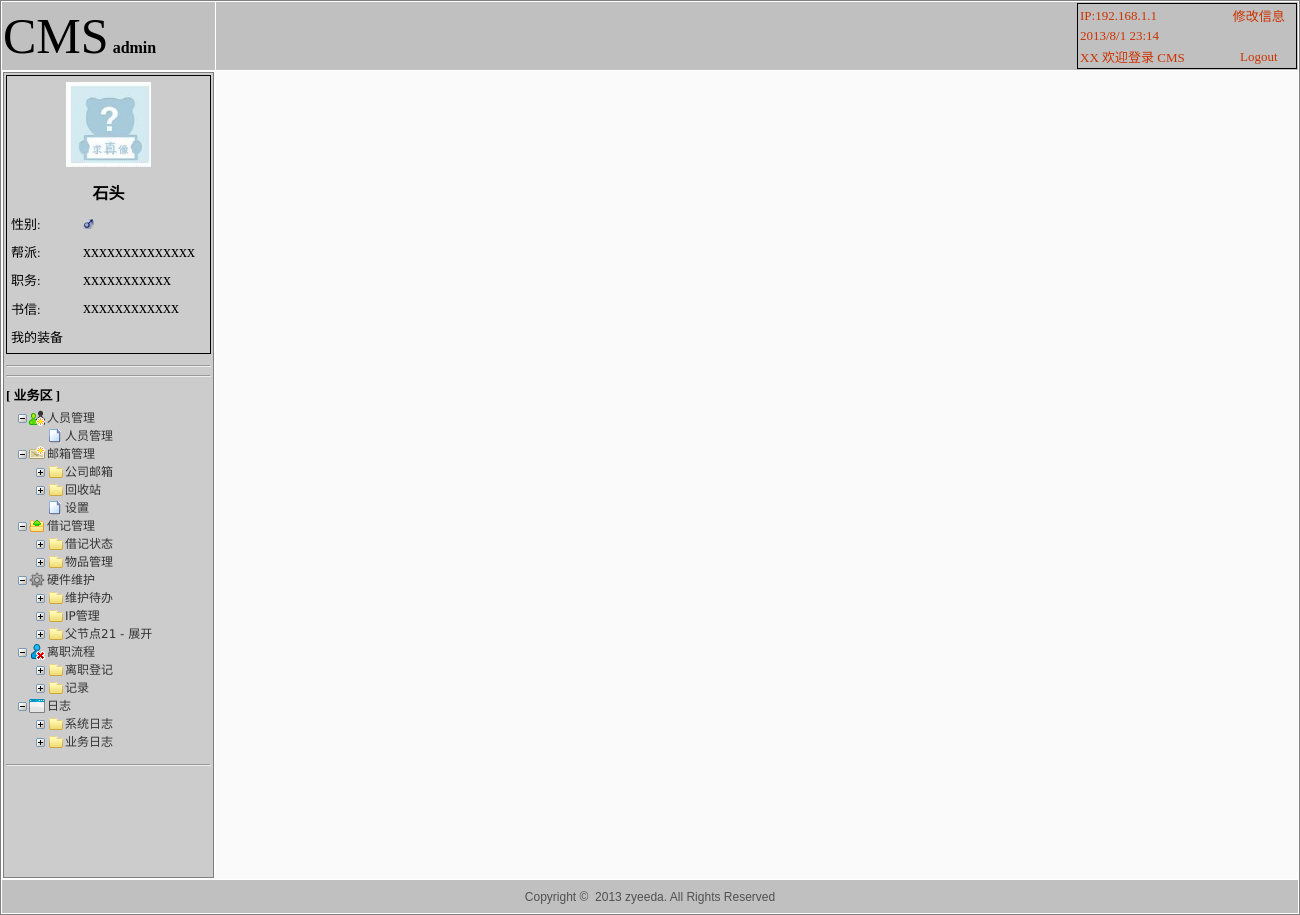
Repository: 728064001/MyProject
Page: http://localhost/CMS/admin.jsp
An editor plug-in stored every save of this project. The page is shown before and after the next save, followed by the edit.
The browser window is 1280 px wide. The page is 1300 px wide, so the pictures cover 1300 px, including what lies to the right of the window. The pictures show the whole page.
The page is served by Tomcat 9. Other server files are loaded and not shown.

Above is the page before, as saved 2013-08-02 07:29:44.

### cms-server-code/CMS/WebRoot/admin.jsp
<%@ page language="java" import="java.util.*" pageEncoding="UTF-8"%>
<%
String path = request.getContextPath();
String basePath = request.getScheme()+"://"+request.getServerName()+":"+request.getServerPort()+path+"/";
%>

<!DOCTYPE HTML PUBLIC "-//W3C//DTD HTML 4.01 Transitional//EN">
<html>
  <head>
    <base href="<%=basePath%>">

    <title>cms admin</title>

	<meta http-equiv="pragma" content="no-cache">
	<meta http-equiv="cache-control" content="no-cache">
	<meta http-equiv="expires" content="0">
	<meta http-equiv="keywords" content="keyword1,keyword2,keyword3">
	<meta http-equiv="description" content="This is my page">
	<!--
	<link rel="stylesheet" type="text/css" href="styles.css">
	-->
	<link rel="stylesheet" href="css/zTreeStyle/zTreeStyle.css" />
	<link rel="stylesheet" href="css/admin.css" />
	<script type="text/javascript" src="js/jquery-1.10.1.js"></script>
	<script type="text/javascript" src="js/jquery.ztree.core-3.5.js"></script>
	<script type="text/javascript" src="js/jquery.ztree.excheck-3.5.js"></script>
	<script type="text/javascript" src="js/jquery.ztree.exedit-3.5.js"></script>
	<script type="text/javascript" src="js/admin.js"></script>
</head>

<body>
<table align="center" cellspacing="1" class="admin-main-tab-style" style="width: 1300px; height: 900px">
	<tr bgcolor="#C0C0C0">
		<td class="admin-main-tab-td-style" style="height: 17px; width: 211px">
		<span class="admin-main-tab-td-logo-style">CMS</span> <span class="admin-main-tab-td-admins-style"><strong>admin</strong></span></td>
		<td class="admin-child-tab-td-null-style" style="height: 17px">
		<table cellspacing="1" class="admin-child-tab-style" style="width: 220px; height: 100%">
			<tr>
				<td>IP:192.168.1.1</td>
				<td class="admin-child-tab-td-welcome-style">修改信息</td>
			</tr>
			<tr>
				<td>2013/8/1 23:14</td>
				<td>&nbsp;</td>
			</tr>
			<tr>
				<td>XX 欢迎登录 CMS</td>
				<td class="admin-child-tab-td-welcome-style">Logout</td>
			</tr>
		</table>
		</td>
	</tr>
	<tr>
		<td style="width: 211px; height: 808px;" align="left" valign="top">
		<table cellspacing="1" class="style8" style="width: 100%; height: 100%">
			<tr>
				<td align="left" style="height: 281px" valign="top">
				<table cellspacing="1" class="style9" style="width: 100%; height: 100%">
					<tr>
						<td class="admin-child-tab-td-welcome-style" style="height: 95px">
						<img src="image/userimage.jpg" height="85" width="85" /></td>
					</tr>
					<tr>
						<td align="left" valign="top">
						<table cellspacing="1" style="width: 100%; height: 100%">
							<tr>
								<td class="admin-child-tab-td-welcome-style" colspan="2"><strong>石头</strong></td>
							</tr>
							<tr>
								<td class="admin-main-tab-style0" style="width: 69px">性别:</td>
								<td>
								<img alt="" height="11" src="image/male.gif" width="11" /></td>
							</tr>
							<tr>
								<td class="admin-main-tab-style0" style="width: 69px">帮派:</td>
								<td>xxxxxxxxxxxxxx</td>
							</tr>
							<tr>
								<td class="admin-main-tab-style0" style="width: 69px">职务:</td>
								<td>xxxxxxxxxxx</td>
							</tr>
							<tr>
								<td class="admin-main-tab-style0" style="width: 69px">书信:</td>
								<td>xxxxxxxxxxxx</td>
							</tr>
							<tr>
								<td class="admin-main-tab-style0" style="width: 69px">我的装备</td>
								<td>&nbsp;</td>
							</tr>
						</table>
						</td>
					</tr>
				</table>
				</td>
			</tr>
			<tr>
				<td align="left" valign="top">
				<hr /><hr/>
				<strong><span class="admin-main-tab-style1">[ 业务区 ]<br/>
				<!--tree-->
				</span></strong>
				<div>
				<ul id="treeDemo" class="ztree"></ul></div>
				<hr/>
				</td>
			</tr>
		</table>
		</td>
		<td style="height: 808px" bgcolor="#FAFAFA" align="left" valign="top">
		<!--业务工作区-->
		<!--人员信息-->
		<div id="personinfo" style="position: absolute; width: 1080px; height: 808px; z-index: 1">
			<table cellspacing="1" class="admin-main-tab-admin-child-tab-td-null-style" style="width: 100%; height: 100%">
				<tr>
					<td bgcolor="#808080" style="height: 20px">
					<table cellpadding="0" cellspacing="0" style="width: 100%; height: 100%">
						<tr>
							<td>&nbsp;<strong><span class="admin-main-tab-admin-main-tab-td-logo-style">人员信息&nbsp;</span></strong></td>
							<td class="admin-child-tab-td-null-style">
							<img id="personinfo_close_image" alt="" height="23" src="image/personinfo_close.png" width="26" /></td>
						</tr>
					</table>
					</td>
				</tr>
				<tr>
					<td style="height: 33px"><span class="admin-main-tab-style1">UUID</span>:<input name="Text1" type="text" style="width: 81px" />
					<span class="admin-main-tab-style1">姓名</span>:<input name="Text2" type="text" style="width: 59px" />&nbsp;<span class="admin-main-tab-style1">性别</span>:<select name="Select1">
						<option value="--">--</option>
						<option value="女">女</option>
						<option value="男">男</option>
						</select>&nbsp;<span class="admin-main-tab-style1">公司</span>:<select name="Select2" style="width: 65px">
						<option value="--">--</option>
						<option value="女">女</option>
						<option value="男">男</option>
						</select>&nbsp;<span class="admin-main-tab-style1">部门:</span><select name="Select3" style="width: 65px">
						<option value="--">--</option>
						<option value="女">女</option>
						<option value="男">男</option>
						</select>&nbsp;<span class="admin-main-tab-style1">职位</span>:<select name="Select4" style="width: 65px">
						<option value="--">--</option>
						<option value="女">女</option>
						<option value="男">男</option>
						</select>&nbsp;&nbsp;<span class="admin-main-tab-style1">
					身份证:</span><input name="Text7" type="text" style="width: 145px" />
					<span class="admin-main-tab-style1">电话:</span><input name="Text8" type="text" style="width: 81px" />&nbsp;&nbsp;&nbsp;<input name="search" id="search" type="button" value="查找" style="width: 63px" /></td>
				</tr>
				<tr>
					<td align="left" valign="top">&nbsp;&nbsp;&nbsp; &nbsp;<img alt="" height="18" src="image/addperson.png" width="18" /><span class="admin-main-tab-admin-main-tab-td-admins-style">添加人员&nbsp;&nbsp;&nbsp;&nbsp;&nbsp;&nbsp;&nbsp;&nbsp;&nbsp;&nbsp;
					</span>
					<img alt="" class="admin-main-tab-admin-main-tab-td-admins-style" height="19" src="image/delperson.png" width="16" /><span class="admin-main-tab-admin-main-tab-td-admins-style">删除人员&nbsp;&nbsp;&nbsp;&nbsp;&nbsp;&nbsp;&nbsp;
					</span>
					<img alt="" class="admin-main-tab-admin-main-tab-td-admins-style" height="17" src="image/modifiyperson.png" width="18" /><span class="admin-main-tab-admin-main-tab-td-admins-style">修改人员信息</span><hr style="height: -12px"/>

					</td>
				</tr>
			</table>
		</div>
		<!---->
		</td>
	</tr>
	<tr bgcolor="#C0C0C0">
		<td style="height: 33px;" class="admin-child-tab-td-welcome-style" colspan="2">
		<span style="color: rgb(81, 81, 81); font-family: Arial; font-size: 12px; font-style: normal; font-variant: normal; font-weight: normal; letter-spacing: normal; line-height: 24px; orphans: 2; text-align: center; text-indent: 0px; text-transform: none; white-space: normal; widows: 2; word-spacing: 0px; -webkit-text-size-adjust: auto; -webkit-text-stroke-width: 0px; display: inline !important; float: none;">
		Copyright ©&nbsp; 2013 zyeeda. All Rights Reserved</span></td>
	</tr>
</table>
</body>

</html>

### cms-server-code/CMS/WebRoot/css/zTreeStyle/zTreeStyle.css
/*-------------------------------------
zTree Style

version:	3.4
author:		Hunter.z
email:		hunter.z@263.net
website:	http://code.google.com/p/jquerytree/

-------------------------------------*/

.ztree * {padding:0; margin:0; font-size:12px; font-family: Verdana, Arial, Helvetica, AppleGothic, sans-serif}
.ztree {margin:0; padding:5px; color:#333}
.ztree li{padding:0; margin:0; list-style:none; line-height:14px; text-align:left; white-space:nowrap; outline:0}
.ztree li ul{ margin:0; padding:0 0 0 18px}
.ztree li ul.line{ background:url(./img/line_conn.gif) 0 0 repeat-y;}

.ztree li a {padding:1px 3px 0 0; margin:0; cursor:pointer; height:17px; color:#333; background-color: transparent;
	text-decoration:none; vertical-align:top; display: inline-block}
.ztree li a:hover {text-decoration:underline}
.ztree li a.curSelectedNode {padding-top:0px; background-color:#FFE6B0; color:black; height:16px; border:1px #FFB951 solid; opacity:0.8;}
.ztree li a.curSelectedNode_Edit {padding-top:0px; background-color:#FFE6B0; color:black; height:16px; border:1px #FFB951 solid; opacity:0.8;}
.ztree li a.tmpTargetNode_inner {padding-top:0px; background-color:#316AC5; color:white; height:16px; border:1px #316AC5 solid;
	opacity:0.8; filter:alpha(opacity=80)}
.ztree li a.tmpTargetNode_prev {}
.ztree li a.tmpTargetNode_next {}
.ztree li a input.rename {height:14px; width:80px; padding:0; margin:0;
	font-size:12px; border:1px #7EC4CC solid; *border:0px}
.ztree li span {line-height:16px; margin-right:2px}
.ztree li span.button {line-height:0; margin:0; width:16px; height:16px; display: inline-block; vertical-align:middle;
	border:0 none; cursor: pointer;outline:none;
	background-color:transparent; background-repeat:no-repeat; background-attachment: scroll;
	background-image:url("./img/zTreeStandard.png"); *background-image:url("./img/zTreeStandard.gif")}

.ztree li span.button.chk {width:13px; height:13px; margin:0 3px 0 0; cursor: auto}
.ztree li span.button.chk.checkbox_false_full {background-position:0 0}
.ztree li span.button.chk.checkbox_false_full_focus {background-position:0 -14px}
.ztree li span.button.chk.checkbox_false_part {background-position:0 -28px}
.ztree li span.button.chk.checkbox_false_part_focus {background-position:0 -42px}
.ztree li span.button.chk.checkbox_false_disable {background-position:0 -56px}
.ztree li span.button.chk.checkbox_true_full {background-position:-14px 0}
.ztree li span.button.chk.checkbox_true_full_focus {background-position:-14px -14px}
.ztree li span.button.chk.checkbox_true_part {background-position:-14px -28px}
.ztree li span.button.chk.checkbox_true_part_focus {background-position:-14px -42px}
.ztree li span.button.chk.checkbox_true_disable {background-position:-14px -56px}
.ztree li span.button.chk.radio_false_full {background-position:-28px 0}
.ztree li span.button.chk.radio_false_full_focus {background-position:-28px -14px}
.ztree li span.button.chk.radio_false_part {background-position:-28px -28px}
.ztree li span.button.chk.radio_false_part_focus {background-position:-28px -42px}
.ztree li span.button.chk.radio_false_disable {background-position:-28px -56px}
.ztree li span.button.chk.radio_true_full {background-position:-42px 0}
.ztree li span.button.chk.radio_true_full_focus {background-position:-42px -14px}
.ztree li span.button.chk.radio_true_part {background-position:-42px -28px}
.ztree li span.button.chk.radio_true_part_focus {background-position:-42px -42px}
.ztree li span.button.chk.radio_true_disable {background-position:-42px -56px}

.ztree li span.button.switch {width:18px; height:18px}
.ztree li span.button.root_open{background-position:-92px -54px}
.ztree li span.button.root_close{background-position:-74px -54px}
.ztree li span.button.roots_open{background-position:-92px 0}
.ztree li span.button.roots_close{background-position:-74px 0}
.ztree li span.button.center_open{background-position:-92px -18px}
.ztree li span.button.center_close{background-position:-74px -18px}
.ztree li span.button.bottom_open{background-position:-92px -36px}
.ztree li span.button.bottom_close{background-position:-74px -36px}
.ztree li span.button.noline_open{background-position:-92px -72px}
.ztree li span.button.noline_close{background-position:-74px -72px}
.ztree li span.button.root_docu{ background:none;}
.ztree li span.button.roots_docu{background-position:-56px 0}
.ztree li span.button.center_docu{background-position:-56px -18px}
.ztree li span.button.bottom_docu{background-position:-56px -36px}
.ztree li span.button.noline_docu{ background:none;}

.ztree li span.button.ico_open{margin-right:2px; background-position:-110px -16px; vertical-align:top; *vertical-align:middle}
.ztree li span.button.ico_close{margin-right:2px; background-position:-110px 0; vertical-align:top; *vertical-align:middle}
.ztree li span.button.ico_docu{margin-right:2px; background-position:-110px -32px; vertical-align:top; *vertical-align:middle}
.ztree li span.button.edit {margin-right:2px; background-position:-110px -48px; vertical-align:top; *vertical-align:middle}
.ztree li span.button.remove {margin-right:2px; background-position:-110px -64px; vertical-align:top; *vertical-align:middle}

.ztree li span.button.ico_loading{margin-right:2px; background:url(./img/loading.gif) no-repeat scroll 0 0 transparent; vertical-align:top; *vertical-align:middle}

ul.tmpTargetzTree {background-color:#FFE6B0; opacity:0.8; filter:alpha(opacity=80)}

span.tmpzTreeMove_arrow {width:16px; height:16px; display: inline-block; padding:0; margin:2px 0 0 1px; border:0 none; position:absolute;
	background-color:transparent; background-repeat:no-repeat; background-attachment: scroll;
	background-position:-110px -80px; background-image:url("./img/zTreeStandard.png"); *background-image:url("./img/zTreeStandard.gif")}

ul.ztree.zTreeDragUL {margin:0; padding:0; position:absolute; width:auto; height:auto;overflow:hidden; background-color:#cfcfcf; border:1px #00B83F dotted; opacity:0.8; filter:alpha(opacity=80)}
.zTreeMask {z-index:10000; background-color:#cfcfcf; opacity:0.0; filter:alpha(opacity=0); position:absolute}

/* level style*/
/*.ztree li span.button.level0 {
	display:none;
}
.ztree li ul.level0 {
	padding:0;
	background:none;
}*/

### cms-server-code/CMS/WebRoot/css/admin.css
@CHARSET "UTF-8";
body{
 margin:0;
 padding:0;
}
.admin-main-tab-style {
	border-style: solid;
	border-width: 1px;
 margin:0,auto;
}
.admin-child-tab-td-null-style {
	text-align: right;
}
.admin-main-tab-td-logo-style {
	font-family: 华文琥珀;
	font-size: 50px;
}
.admin-main-tab-td-admins-style {
	font-size: medium;
}
.admin-main-tab-td-style {
	text-align: left;
}
.admin-child-tab-style {
	border: 1px solid #000000;
	float:right;
	margin-left: 185px;
	color: #CC3300;
	font-size: small;
}
.admin-child-tab-td-welcome-style {
	text-align: center;
}
.style8 {
	border-style: solid;
	border-width: 1px;
	background-color: #CCCCCC;
}
.style9 {
	border: 1px solid #000000;
}
.admin-main-tab-style0 {
	font-family: 新宋体;
	font-size: small;
}
.admin-main-tab-style1 {
	font-size: small;
}
.admin-main-tab-admin-child-tab-td-null-style {
	border: 1px solid #515151;
}
.admin-main-tab-admin-main-tab-td-logo-style {
	font-size: small;
	font-family: 黑体;
}
.admin-main-tab-admin-main-tab-td-admins-style {
	font-size: small;
	font-family: 华文细黑;
	 line-height:32px;
}

### cms-server-code/CMS/WebRoot/js/admin.js
//载入时
$(function(){

	//不显示人员信息窗口；
	$("#personinfo").hide();
});

var setting = {
			view:{
				showLine:false
			},
			data: {
				simpleData: {
					enable: true
				}
			}
		};
var zNodes =[
			{ name:"人员管理", open:true,iconOpen:"image/treeimage/person_open.png",iconClose:"image/treeimage/person_close.png",
				children: [
					{ name:"人员管理", isParent:false, "click":"personinfo_click();"}
				]},
			{ name:"邮箱管理",open:true,iconOpen:"image/treeimage/mail_open.png",iconClose:"image/treeimage/mail_close.png",

				children: [
					{ name:"公司邮箱",
						children: [
							{ name:"邮箱信息"},
							{ name:"待办项"}
					]},
					{ name:"回收站",
						children: [
							{ name:"已删除的邮箱"}
					]},
					{ name:"设置", isParent:false}
				]},
			{ name:"借记管理", open:true,iconOpen:"image/treeimage/borrow_open.png",iconClose:"image/treeimage/borrow_close.png",

				children:[
					{ name:"借记状态",
						children: [
							{ name:"图书借记状态"},
							{ name:"电子用品借记状态"},
							{ name:"历史记录"}
					]},
					{ name:"物品管理",
						children: [
							{ name:"图书管理"},
							{ name:"电子用品管理"},
							{ name:"借用授权"}
					]}
				]
			},
			{ name:"硬件维护", open:true,iconOpen:"image/treeimage/hardwaremaintenance_open.png",iconClose:"image/treeimage/hardwaremaintenance_close.png",

				children:[
					{ name:"维护待办",
						children: [
							{ name:"待办项"},
							{ name:"记录"}
					]},
					{ name:"IP管理",
						children: [
							{ name:"IP信息表"},
							{ name:"叶子节点212"},
							{ name:"叶子节点213"},
							{ name:"叶子节点214"}
					]},
					{ name:"父节点21 - 展开",
						children: [
							{ name:"叶子节点211"},
							{ name:"叶子节点212"},
							{ name:"叶子节点213"},
							{ name:"叶子节点214"}
					]}
				]
			},
			{ name:"离职流程",  open:true,iconOpen:"image/treeimage/resignation_open.png",iconClose:"image/treeimage/resignation_close.png",

				children:[
					{ name:"离职登记",
						children: [
							{ name:"登记"}
					]},
					{ name:"记录",
						children: [
							{ name:"已离职信息"}
					]}
				]
			},
			{ name:"日志", open:true,iconOpen:"image/treeimage/log_open.png",iconClose:"image/treeimage/log_close.png",

				children:[
					{ name:"系统日志",
						children: [
							{ name:"系统日志"}
					]},
					{ name:"业务日志",
						children: [
							{ name:"业务日志"}
					]}
				]
			}
		];
		$(function(){
			$.fn.zTree.init($("#treeDemo"),setting,zNodes);
		});

		//工作区窗体
		$("#personinfo_close_image").click(function(){
			alert("ok");
//			$("#personinfo").hide(); //点击关闭按钮时，隐藏人员信息窗口；
		});
		function personinfo_click(){
			$("#personinfo").show(); //显示人员信息窗口
		}

Loaded but not shown: cms-server-code/CMS/WebRoot/js/jquery-1.10.1.js (library); cms-server-code/CMS/WebRoot/js/jquery.ztree.core-3.5.js (library); cms-server-code/CMS/WebRoot/js/jquery.ztree.excheck-3.5.js (library); cms-server-code/CMS/WebRoot/js/jquery.ztree.exedit-3.5.js (library)

After the next save:
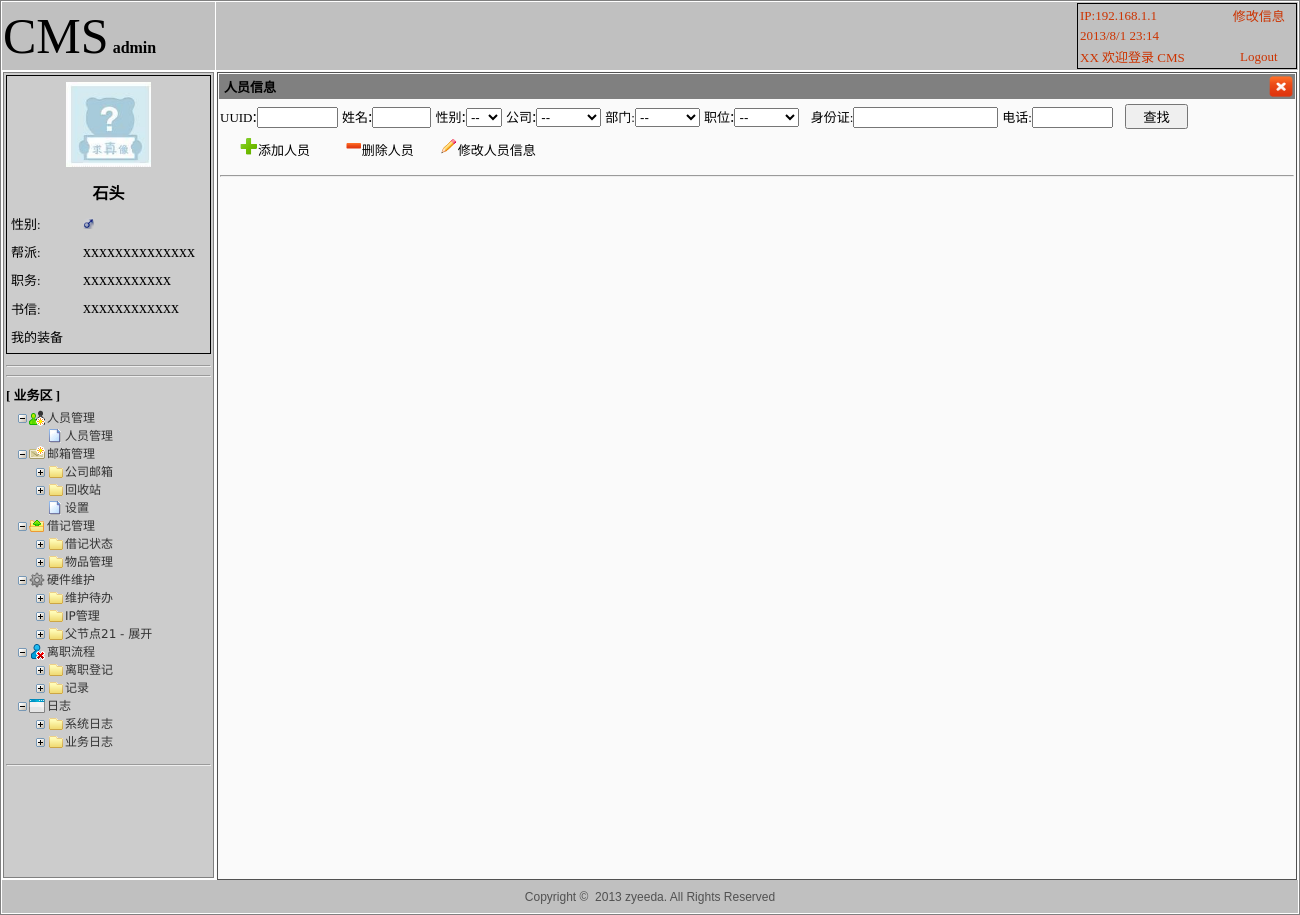
Saved 43 s later.
--- a/cms-server-code/CMS/WebRoot/js/admin.js
+++ b/cms-server-code/CMS/WebRoot/js/admin.js
@@ -2,7 +2,11 @@
 $(function(){
 
 	//不显示人员信息窗口；
-	$("#personinfo").hide();
+//	$("#personinfo").hide();
+			$("#personinfo_close_image").click(function(){
+			alert("ok");
+//			$("#personinfo").hide(); //点击关闭按钮时，隐藏人员信息窗口；
+		});
 });
 
 var setting = {
@@ -107,10 +111,10 @@
 		});
 
 		//工作区窗体
-		$("#personinfo_close_image").click(function(){
-			alert("ok");
-//			$("#personinfo").hide(); //点击关闭按钮时，隐藏人员信息窗口；
-		});
+//		$("#personinfo_close_image").click(function(){
+//			alert("ok");
+////			$("#personinfo").hide(); //点击关闭按钮时，隐藏人员信息窗口；
+//		});
 		function personinfo_click(){
 			$("#personinfo").show(); //显示人员信息窗口
 		}
